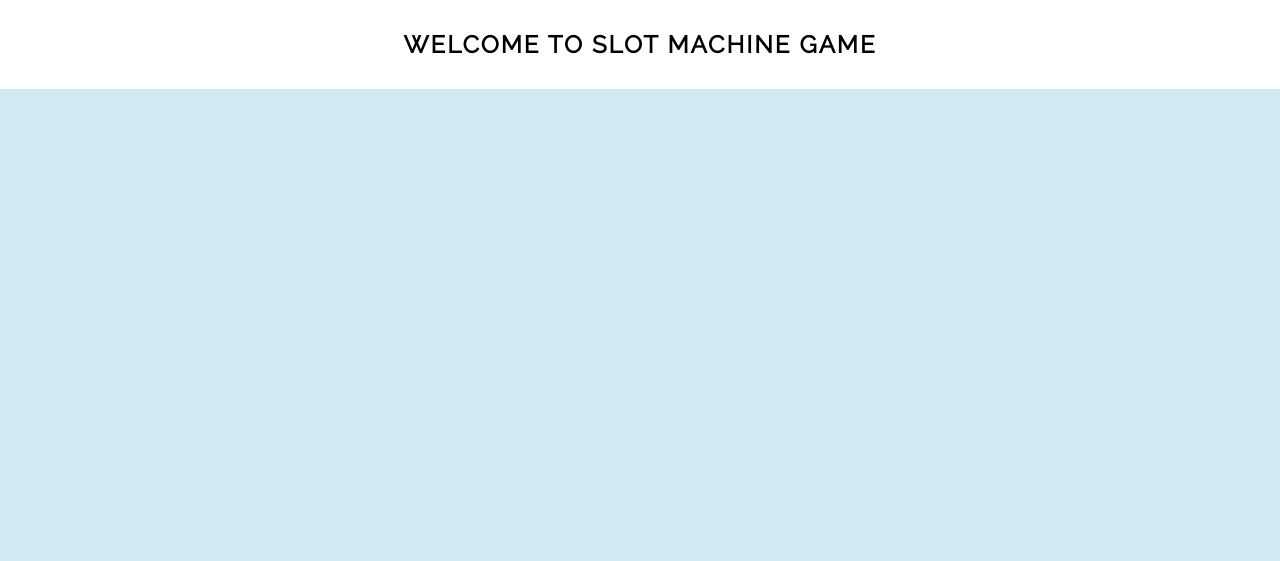
Repository: duggallakshya/slotMachineReact
Page: /
The author's editor kept a copy of each file at every save. The page is drawn from the files as they stood at one save, then again after a run of saves.
The browser window is 1280 px wide. The pictures show the whole page.
The project was rebuilt for these pictures with package versions that can differ from the ones it lists, and the page was loaded fresh each time.

Above is the page before, as saved 2022-03-22 22:10:27.

### src/index.js
import React from 'react';
import ReactDOM from 'react-dom';
import './index.css';
import App from './App';

ReactDOM.render(
  <App />,
  document.getElementById('root')
)

### src/index.css
@import url('https://fonts.googleapis.com/css2?family=Raleway&display=swap');
body{
  background-color: rgb(207, 235, 241);
  margin: 0;
  padding: 0;

}

.heading-style{
  padding: 30px 0;
  margin-top: 0px;
  text-align: center;
  font-family:'Raleway', sans-serif;
  text-transform: uppercase;
  font-size: 13px;
  letter-spacing: 2px;
  font-weight: 500;
  background-color: #fff;
  font-size: 1.5rem;
  margin-bottom: 30px;
  font-weight: bold;
}

.slot-inner{
  text-align: center;
  font-family: 'Raleway', sans-serif ;
}

### src/App.jsx
import React from 'react';

const SlotMachine = () => {
    let x ='😊';
    let y ='😊';
    let z ='😊';

    if(x===y && y==z){
        return (
            <>
                <div className="slot-inner">

                    <h1> {x} {y} {z} </h1>
                    <h1> Match </h1>
                    <hr/>

                </div>
            </>
        )
    }
    else{
        return (
            <>
                <div className="slot-inner">

                    <h1> {x} {y} {z} </h1>
                    <h1> No Match </h1>
                    <hr/>

                </div>
            </>
        )
    }
}

const App = () => {
    return(
        <>
            <h1 className="heading-style"> Welcome to Slot machine game </h1>
            <div>

            </div>
        </>
    )
}

export default App;

Loaded but not shown: public/index.html (common file)

After the next 4 saves:
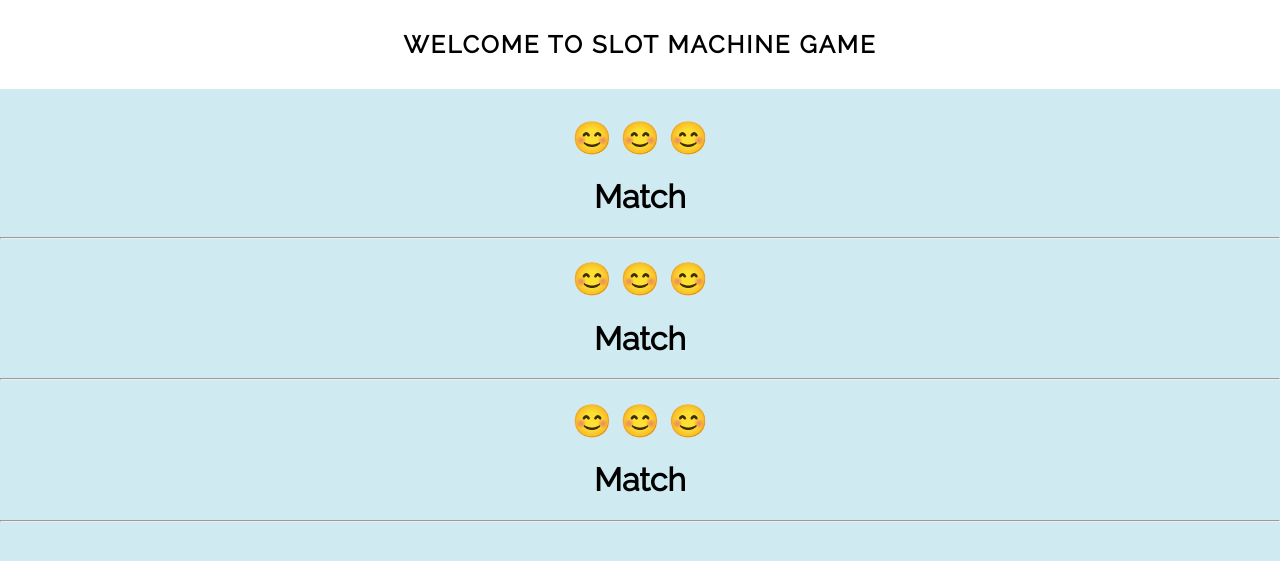
The 4 saves are shown as one change because they came seconds apart.
The last was saved 10 s later.
--- a/src/App.jsx
+++ b/src/App.jsx
@@ -38,7 +38,9 @@ const App = () => {
         <>
             <h1 className="heading-style"> Welcome to Slot machine game </h1>
             <div>
-
+                <SlotMachine />
+                <SlotMachine />
+                <SlotMachine />
             </div>
         </>
     )
